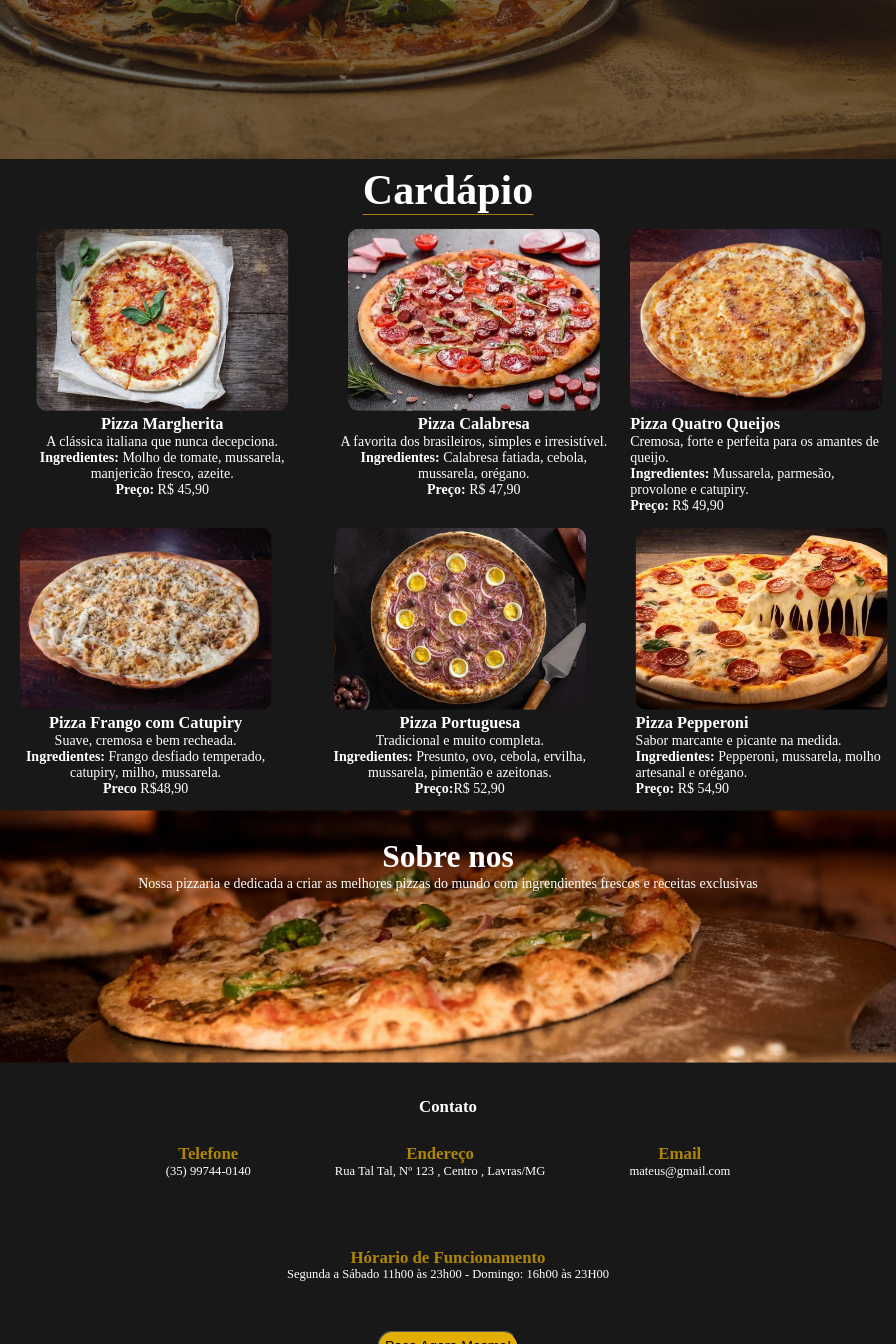
Repository: Mateushlp/landing-page-pizza
Page: index.html
The author's editor kept a copy of each file at every save. The page is drawn from the files as they stood at one save, then again after a run of saves.
The browser window is 1280 px wide. The pictures show the part of the page from y = 757 to 2677 px (the page is 2788 px tall before and 2798 px after), at 70% of full size.

Above is the page before, as saved 2026-05-03 11:27:10.

### index.html
<!DOCTYPE html>
<html lang="en">
<head>
    <meta charset="UTF-8">
    <meta name="viewport" content="width=device-width, initial-scale=1.0">
    <link rel="stylesheet" href="style.css">
    <title>Document</title>
</head>
<body>
    <header>
        <nav>
            <ul>
                <li> <a href="http://"> Home</li></a>
                <li> <a href="http://">Cardapio</li></a>
                <li> <a href="http://">Sobre Nos</li></a>
                <li> <a href="http://">Contato</li></a>
            </ul>
        </nav>
    </header>

    <section class="inicio">
        <div class="texto">
        <h1>Bem vindo à Alessio's</h1>
        <p>Saborosas pizzas feitas </p>
        <button class="btn1">Ver Cardapio</button>
        </div>
    </section>

    <section class="cardapio">
        <h2 class="cardapio1">Cardápio</h2>
    </section>

    <div class="prato">
        <div class="pratos1">
            <img src="./img/margherita-pizza.jpg" alt="">
            <h3>Pizza Margherita</h3>
            <p> A clássica italiana que nunca decepciona. <br>
          <strong>Ingredientes:</strong>  Molho de tomate, mussarela, manjericão fresco, azeite. <br>
        <strong>Preço:</strong> R$ 45,90
    </p>
        </div>
            <div class="pratos2">
                <img src="./img/3140217-pizza-calabresa.jpg" alt="">
                <h3>Pizza Calabresa</h3>
                <p>A favorita dos brasileiros, simples e irresistível. <br>
                <strong>Ingredientes:</strong> Calabresa fatiada, cebola, mussarela, orégano. <br>
                    <strong>Preço:</strong> R$ 47,90
            </p>
            </div>
                <div class="pratos3">
                    <img src="./img/Quatro-Queijos.jpg" alt="">
                    <h3>Pizza Quatro Queijos</h3>
                    <p>Cremosa, forte e perfeita para os amantes de queijo. <br>
                    <strong>Ingredientes:</strong>  Mussarela, parmesão, provolone e catupiry. <br>
                        <strong>Preço: </strong>R$ 49,90
                </p>
                </div>
                </div>

                <div class="prato2">
                <div class="pratos1">
                    <img src="./img/Frango-com-Catupiry-2.jpg" alt="">
                    <h3>Pizza Frango com Catupiry</h3>
                    <p>Suave, cremosa e bem recheada. <br>
                   <strong>Ingredientes:</strong> Frango desfiado temperado, catupiry, milho, mussarela. <br>
                   <strong>Preco </strong> R$48,90
                </p>
                </div>
                <div class="pratos2">
                    <img src="./img/pizza-portuguesa.jpg" alt="">
                    <h3>Pizza Portuguesa</h3>
                    <p>Tradicional e muito completa. <br>
                   <strong>Ingredientes:</strong>  Presunto, ovo, cebola, ervilha, mussarela, pimentão e azeitonas. <br>
                    <strong>Preço:</strong>R$ 52,90
                </p>
                </div>
                <div class="pratos3">
                    <img src="./img/the-pepperoni-pizza-and-a-piece-of-streched-cheese-pizza-with-ai-generated-free-photo.jpg" alt="">
                    <h3>Pizza Pepperoni</h3>
                    <p>Sabor marcante e picante na medida. <br>
                  <strong>Ingredientes:</strong>   Pepperoni, mussarela, molho artesanal e orégano. <br>
                <strong>Preço:</strong> R$ 54,90</p>

                </div>
                </div>
                </div>




    <section class="sobre">
        <div class="sobre1">
        <h2>Sobre nos</h2>
        <p>Nossa pizzaria e dedicada a criar as melhores pizzas do mundo com ingrendientes frescos e receitas exclusivas</p>
    </div>
    </section>

<section id="contato" class="contato">
    <h2>Contato</h2>

    <div class="contato-info">
        <div class="box">
            <h3>Telefone</h3>
            <p>(35) 99744-0140</p>
        </div>

        <div class="box">
            <h3>Endereço</h3>
            <p>Rua Tal Tal, Nº 123 , Centro , Lavras/MG</p>
        </div>

        <div class="box">
            <h3>Email</h3>
            <p>mateus@gmail.com</p>
        </div>
            <div class="box">
                <h3>Hórario de Funcionamento</h3>
                <p>Segunda a Sábado 11h00 às 23h00 - Domingo: 16h00 às 23H00</p>
            </div>
    </div>
</section>
        <div class="pedir">
        <button class="btn2">Peca Agora Mesmo!</button>
        </div>


    <footer>
        <h2>&copy; 2025 Alessio's Pizzaria</h2>
    </footer>

</body>
</html>

### style.css
*{
    margin:0;
    padding: 0;
    box-sizing: border-box;
}
body{
    background-color: #181818;

}

nav ul {
    display: flex;
    gap: 25px;
    list-style: none;
    justify-content: center;
    font-size: 25px;
    padding: 10px;
     background: linear-gradient(to bottom, rgb(00, 0, 0), rgba(0,0,0,0.9));
}

nav ul a{
    text-decoration: none;
    color: #fff;
    margin-top: 10px;
}

nav ul a:hover{
    border-radius: 20px;
    background-color: #00000;
    color: #af8600;
}

.inicio{
     background:
        linear-gradient(rgba(0,0,0,0.5), rgba(0,0,0,0.5)),
        url(./img/background-meio.jpg);
    background-size: cover;
    background-position: center;
    height: 130vh;
}

.texto{
    display: flex;
    flex-direction: column;
    align-items: center;
    color: #fff;
    padding-top: 7%;
    padding-left: 6%;
    font-size: 40px;
}
.texto p{
    font-family: 'Lucida Sans', 'Lucida Sans Regular', 'Lucida Grande', 'Lucida Sans Unicode', Geneva, Verdana, sans-serif;
    font-size: 30px;

}
.btn1{
 background-color: #e2ae01;
 border-radius: 20px;
 font-size: 20px;
 margin-top: 30px;
 padding: 9px;
 cursor:pointer;
}
.btn1:hover{
background-color:#181818;
color: #e2ae01;
}
.cardapio{
    text-align: center;
    padding: 10px;
    font-size: 40px;
    color:#fff;
}
.cardapio1{
    display: inline-block;
    border-bottom: 1px solid #e2ae01;
    padding
}
.prato{
    margin: 10px;
    display: flex;
    gap: 30px;
    font-size: 20px;
    margin-bottom: 20px;
    color:#fff;
}

.prato2{
    margin: 10px;
    display: flex;
    gap: 30px;
    font-size: 20px;
    margin-bottom: 20px;
    color:#fff;
}


.prato img,
.prato2 img {
    width: 50vh;
    height: 260px;
    object-fit: cover;
    border-radius: 15px;

}
.pratos1,
.pratos2 {
    border-radius:20px
    width: 35%;
    text-align: center;
}

.sobre{
    background-image: url(./img/background.jpg);
    background-size: cover;
    background-position: center;
    height: 50vh;
}
.sobre1{
    display: flex;
    align-items: center;
    padding-top: 40px;
    font-size: 30px;
    flex-direction: column;
    color: #fff;
}
.sobre1 p{
    font-size: 20px;
    color:#fff;
}

.contato {
    padding: 50px 0;
    text-align: center;
    color:#fff;
}

.contato-info {
    display: flex;
    justify-content: center;
    gap: 60px;
    margin-top: 20px;
    flex-wrap: wrap;
    color:#fff;
}

.contato-info .box {

    padding: 20px 30px;
    border-radius: 15px;
    color:#fff;

}

.contato-info h3 {
    font-size: 24px;
    color: #af8600;

}

.contato-info p {
    font-size: 18px;
    color:#fff;
}

.pedir{
    display: flex;
    justify-content: center;
    align-items: center;
    text-align: center;
}
.btn2{
     background-color: #e2ae01;
 border-radius: 30px;
 font-size: 20px;
 margin-bottom: 20px;
 padding: 9px;
 cursor:pointer;

}
footer{
      background-color: #181818;
      color: #d4af37;
  text-align: center;
  padding: 20px;
  font-size: 14px;
}

After the next 2 saves:
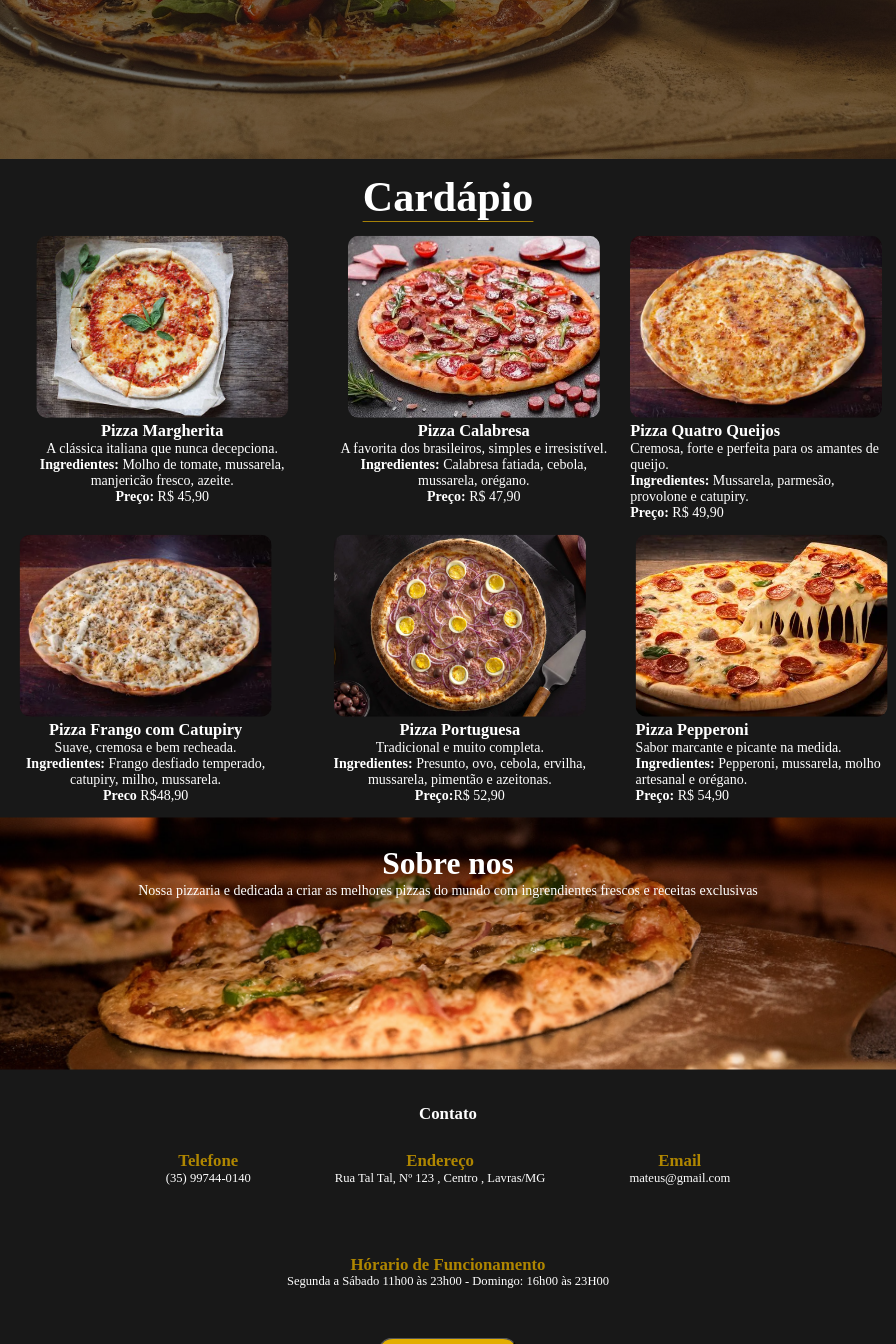
The 2 saves are shown as one change because they came seconds apart.
The last was saved 7 s later.
--- a/style.css
+++ b/style.css
@@ -74,7 +74,7 @@ color: #e2ae01;
 .cardapio1{
     display: inline-block;
     border-bottom: 1px solid #e2ae01;
-    padding
+    padding-top: 10px;
 }
 .prato{
     margin: 10px;
